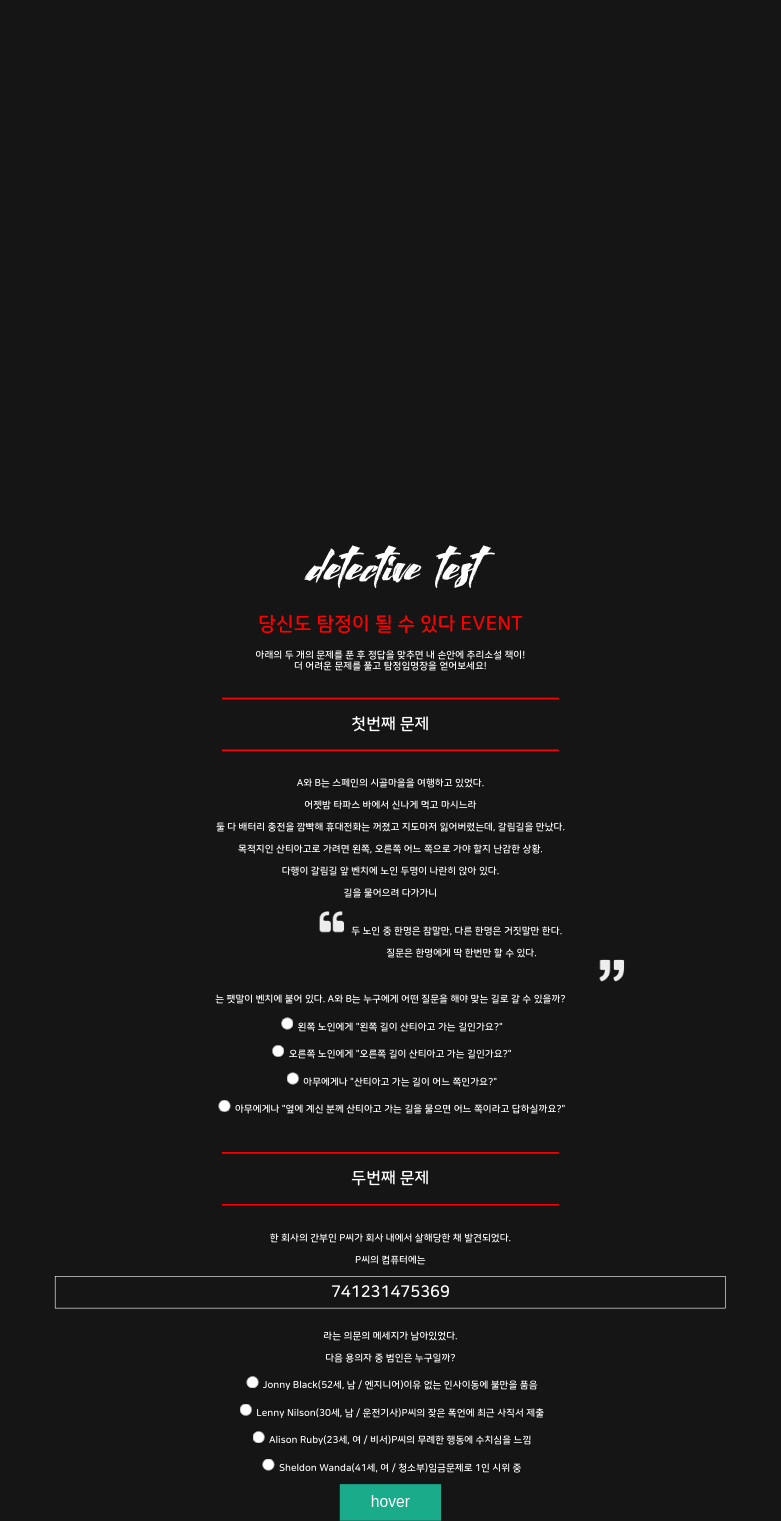
Repository: minkyung0421/Event_Project
Page: http://localhost/Event/quiz.jsp
An editor plug-in stored every save of this project. The page is shown before and after the next save, followed by the edit.
The browser window is 1280 px wide. The pictures show the whole page, at 61% of full size.
The page is served by Tomcat 9.

Above is the page before, as saved 2018-09-04 07:39:15.

### Event_Project/Event/WebContent/quiz.jsp
<%@ page language="java" contentType="text/html; charset=UTF-8"
    pageEncoding="UTF-8"%>
<!DOCTYPE html PUBLIC "-//W3C//DTD HTML 4.01 Transitional//EN" "http://www.w3.org/TR/html4/loose.dtd">
<html>
<head>
<meta http-equiv="Content-Type" content="text/html; charset=UTF-8">
<title>EVENT</title>
<style>
@font-face{
	font-family: 'Calligraphy Personal Use'; src:url('font/Calligraphy Personal Use.ttf');
}
@font-face{font-family:'NANUMSQUAREROUNDL'; src:url('font/NANUMSQUAREROUNDL.TTF')}
@font-face{font-family:'NANUMSQUAREROUNDB'; src:url('font/NANUMSQUAREROUNDB.TTF')}

body{
	margin:7%;
	padding:0px;
	font-family:'NANUMSQUAREROUNDB';
	background-color: #151515;
	color: white;
}

html,body{
  height:100%;
}
body{
  text-align:center;
}
body:before{
  content:'';
  height:100%;
  display:inline-block;
  vertical-align:middle;
}
button{
  background:#1AAB8A;
  color:#fff;
  border:none;
  position:relative;
  height:60px;
  font-size:1.6em;
  padding:0 2em;
  cursor:pointer;
  transition:800ms ease all;
  outline:none;
}
button:hover{
  background:#fff;
  color:#1AAB8A;
}
button:before,button:after{
  content:'';
  position:absolute;
  top:0;
  right:0;
  height:2px;
  width:0;
  background: #1AAB8A;
  transition:400ms ease all;
}
button:after{
  right:inherit;
  top:inherit;
  left:0;
  bottom:0;
}
button:hover:before,button:hover:after{
  width:100%;
  transition:800ms ease all;
}

</style>
</head>
<style>
</style>
<body>
<form action = "quiz_result.jsp" method="post">
<center><div style = "font-family: Calligraphy Personal Use; font-size: 90pt; margin-top:5%">detective test</div></center>

<center><h1 style = "color:red">당신도 탐정이 될 수 있다 EVENT</h1>
<div style = "color: white;">아래의 두 개의 문제를 푼 후 정답을 맞추면 내 손안에 추리소설 책이! <br>
더 어려운 문제를 풀고 탐정임명장을 얻어보세요!</div>
<br><br>
<hr color="red" style = "width: 50%">
<br>
<div style = "font-size: 20pt;">첫번째 문제</div>
<br>
<hr color="red" style = "width: 50%">
<br>
<br>
</center>
<center>
A와 B는 스페인의 시골마을을 여행하고 있었다. <br><br>
어젯밤 타파스 바에서 신나게 먹고 마시느라 <br><br> 둘 다 배터리 충전을 깜빡해
휴대전화는 꺼졌고 지도마저 잃어버렸는데, 갈림길을 만났다.<br><br>
목적지인 산티아고로 가려면 왼쪽, 오른쪽 어느 쪽으로 가야 할지 난감한 상황. <br><br>
다행이 갈림길 앞 벤치에 노인 두명이 나란히 앉아 있다. <br><br>길을 물어으려 다가가니<br><br> </center>
<div style = "margin-left:15%;"><img src ="img/quote-left.png" widt=40px height=40px>&nbsp;&nbsp;
두 노인 중 한명은 참말만, 다른 한명은 거짓말만 한다.<br><br>&nbsp;&nbsp;&nbsp;&nbsp;&nbsp;&nbsp;&nbsp;
&nbsp;&nbsp;&nbsp;&nbsp;&nbsp;&nbsp;&nbsp;&nbsp;&nbsp;질문은 한명에게 딱 한번만 할 수 있다.<br><img src ="img/right-quote-sign.png" widt=40px height=40px style = "margin-left:60%;"></div><br>
는 팻말이 벤치에 붙어 있다. A와 B는 누구에게 어떤 질문을 해야 맞는 길로 갈 수 있을까?<br><br>


	<label><input type = "radio" name = "quiz1" value = "1" style="width:20px;height:20px;"> 왼쪽 노인에게 "왼쪽 길이 산티아고 가는 길인가요?"</label><br><br>
	<label><input type = "radio" name = "quiz1" value = "2" style="width:20px;height:20px;"> 오른쪽 노인에게 "오른쪽 길이 산티아고 가는 길인가요?"</label><br><br>
	<label><input type = "radio" name = "quiz1" value = "3" style="width:20px;height:20px;"> 아무에게나 "산티아고 가는 길이 어느 쪽인가요?"</label><br><br>
	<label><input type = "radio" name = "quiz1" value = "4" style="width:20px;height:20px;"> 아무에게나 "옆에 계신 분께 산티아고 가는 길을 물으면 어느 쪽이라고 답하실까요?"</label><br><br>

<center>
<br><br>
<hr color="red" style = "width: 50%; ">
<br>
<div style = "font-size: 20pt;">두번째 문제</div>
<br>
<hr color="red" style = "width: 50%;">
<br>
<br>
한 회사의 간부인 P씨가 회사 내에서 살해당한 채 발견되었다.<br><br>
P씨의 컴퓨터에는<br><br>
 <div style="border:1px solid; padding:10px; font-size: 20pt"> 741231475369 </div><br><br>
 라는 의문의 메세지가 남아있었다.<br><br>
 다음 용의자 중 범인은 누구일까? <br><br>
 </center>
	<label><input type = "radio" name = "quiz2" value = "1" style="width:20px;height:20px;"> Jonny Black(52세, 남 / 엔지니어)이유 없는 인사이동에 불만을 품음</label><br><br>
	<label><input type = "radio" name = "quiz2" value = "2" style="width:20px;height:20px;"> Lenny Nilson(30세, 남 / 운전기사)P씨의 잦은 폭언에 최근 사직서 제출</label><br><br>
	<label><input type = "radio" name = "quiz2" value = "3" style="width:20px;height:20px;"> Alison Ruby(23세, 여 / 비서)P씨의 무례한 행동에 수치심을 느낌</label><br><br>
	<label><input type = "radio" name = "quiz2" value = "4" style="width:20px;height:20px;"> Sheldon Wanda(41세, 여 / 청소부)임금문제로 1인 시위 중</label><br><br>


	<button>hover</button>
</form>

</body>
</html>

After the next save:
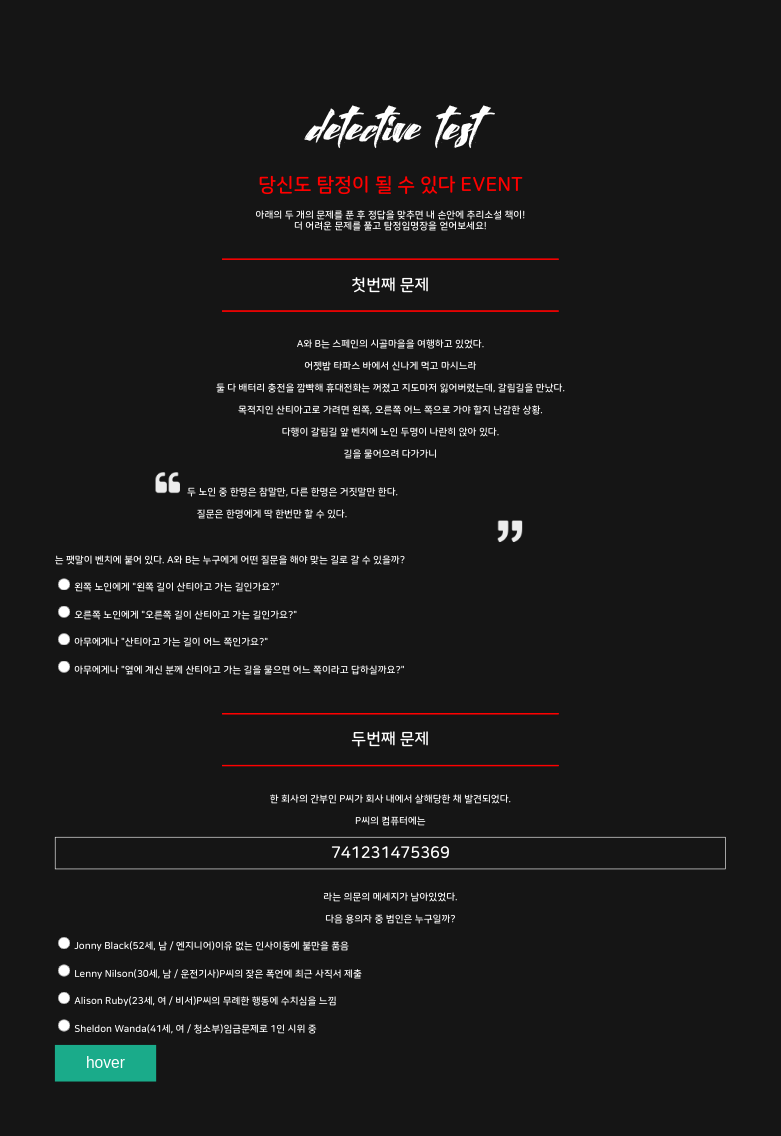
Saved 23 s later.
--- a/Event_Project/Event/WebContent/quiz.jsp
+++ b/Event_Project/Event/WebContent/quiz.jsp
@@ -20,12 +20,6 @@ body{
 	color: white;
 }
 
-html,body{
-  height:100%;
-}
-body{
-  text-align:center;
-}
 body:before{
   content:'';
   height:100%;
